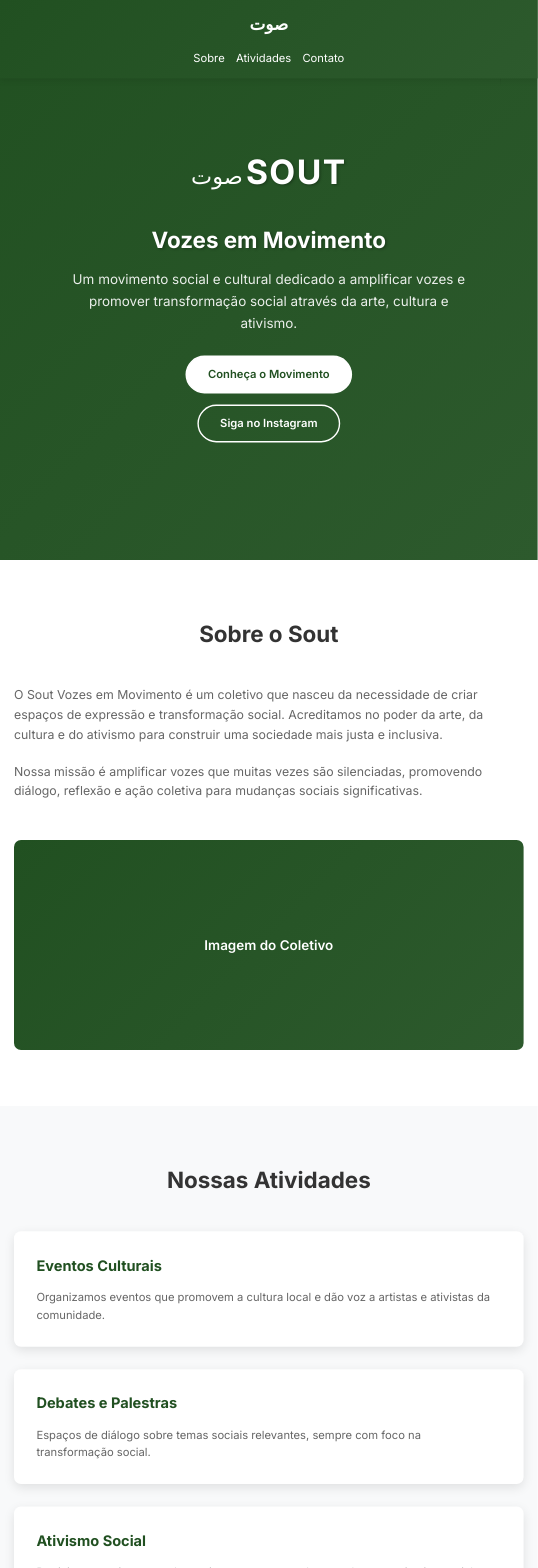
Repository: farukzahra/sout
Page: index.html
These files come from the project's save history. The page is drawn as it stood at one moment and after a run of saves; the edit follows.
The browser window is 768 px wide. The pictures show the part of the page from y = 0 to 2240 px (the page is 3346 px tall), at 70% of full size.

Above is the page before, as saved 2025-10-02 13:00:39.

### index.html
<!DOCTYPE html>
<html lang="pt-BR">
<head>
    <meta charset="UTF-8">
    <meta name="viewport" content="width=device-width, initial-scale=1.0">
    <title>Sout Vozes em Movimento</title>
    <meta name="description" content="Sout Vozes em Movimento - Movimento social e cultural">
    <link rel="stylesheet" href="style.css">
    <link href="https://fonts.googleapis.com/css2?family=Inter:wght@300;400;600;700&display=swap" rel="stylesheet">
</head>
<body>
    <header class="header">
        <nav class="nav">
            <div class="nav-brand">
                <h1>صوت</h1>
            </div>
            <ul class="nav-menu">
                <li><a href="#sobre">Sobre</a></li>
                <li><a href="#atividades">Atividades</a></li>
                <li><a href="#contato">Contato</a></li>
            </ul>
        </nav>
    </header>

    <main>
        <section class="hero">
            <div class="hero-content">
                <div class="hero-logo">
                    <div class="logo-combined">
                        <span class="logo-text">صوت</span>
                        <span class="logo-main">SOUT</span>
                    </div>
                </div>
                <h2>Vozes em Movimento</h2>
                <p>Um movimento social e cultural dedicado a amplificar vozes e promover transformação social através da arte, cultura e ativismo.</p>
                <div class="hero-buttons">
                    <a href="#sobre" class="btn btn-primary">Conheça o Movimento</a>
                    <a href="https://www.instagram.com/sout_vozesemmovimento/" target="_blank" class="btn btn-secondary">Siga no Instagram</a>
                </div>
            </div>
        </section>

        <section id="sobre" class="section">
            <div class="container">
                <h2>Sobre o Sout</h2>
                <div class="about-content">
                    <div class="about-text">
                        <p>O Sout Vozes em Movimento é um coletivo que nasceu da necessidade de criar espaços de expressão e transformação social. Acreditamos no poder da arte, da cultura e do ativismo para construir uma sociedade mais justa e inclusiva.</p>
                        <p>Nossa missão é amplificar vozes que muitas vezes são silenciadas, promovendo diálogo, reflexão e ação coletiva para mudanças sociais significativas.</p>
                    </div>
                    <div class="about-image">
                        <div class="placeholder-image">
                            <span>Imagem do Coletivo</span>
                        </div>
                    </div>
                </div>
            </div>
        </section>

        <section id="atividades" class="section section-alt">
            <div class="container">
                <h2>Nossas Atividades</h2>
                <div class="activities-grid">
                    <div class="activity-card">
                        <h3>Eventos Culturais</h3>
                        <p>Organizamos eventos que promovem a cultura local e dão voz a artistas e ativistas da comunidade.</p>
                    </div>
                    <div class="activity-card">
                        <h3>Debates e Palestras</h3>
                        <p>Espaços de diálogo sobre temas sociais relevantes, sempre com foco na transformação social.</p>
                    </div>
                    <div class="activity-card">
                        <h3>Ativismo Social</h3>
                        <p>Participamos ativamente de movimentos e campanhas que lutam por justiça social e direitos humanos.</p>
                    </div>
                </div>
            </div>
        </section>

        <section id="contato" class="section">
            <div class="container">
                <h2>Entre em Contato</h2>
                <div class="contact-content">
                    <div class="contact-info">
                        <h3>Conecte-se Conosco</h3>
                        <p>Siga nossas redes sociais para acompanhar nossas atividades e participar do movimento.</p>
                        <div class="social-links">
                            <a href="https://www.instagram.com/sout_vozesemmovimento/" target="_blank" class="social-link">
                                <span>📷</span> Instagram
                            </a>
                        </div>
                    </div>
                    <div class="contact-form">
                        <h3>Envie uma Mensagem</h3>
                        <form>
                            <input type="text" placeholder="Seu nome" required>
                            <input type="email" placeholder="Seu email" required>
                            <textarea placeholder="Sua mensagem" rows="5" required></textarea>
                            <button type="submit" class="btn btn-primary">Enviar Mensagem</button>
                        </form>
                    </div>
                </div>
            </div>
        </section>
    </main>

    <footer class="footer">
        <div class="container">
            <p>&copy; 2024 Sout Vozes em Movimento. Todos os direitos reservados.</p>
            <p>Feito com ❤️ para transformar o mundo</p>
        </div>
    </footer>

    <script>
        // Smooth scrolling para links internos
        document.querySelectorAll('a[href^="#"]').forEach(anchor => {
            anchor.addEventListener('click', function (e) {
                e.preventDefault();
                const target = document.querySelector(this.getAttribute('href'));
                if (target) {
                    target.scrollIntoView({
                        behavior: 'smooth',
                        block: 'start'
                    });
                }
            });
        });

        // Formulário de contato (funcionalidade básica)
        document.querySelector('form').addEventListener('submit', function(e) {
            e.preventDefault();
            alert('Obrigado pela sua mensagem! Entraremos em contato em breve.');
            this.reset();
        });
    </script>
</body>
</html>

### style.css
/* Reset e configurações básicas */
* {
    margin: 0;
    padding: 0;
    box-sizing: border-box;
}

body {
    font-family: 'Inter', sans-serif;
    line-height: 1.6;
    color: #333;
    background-color: #fff;
}

.container {
    max-width: 1200px;
    margin: 0 auto;
    padding: 0 20px;
}

/* Header */
.header {
    background: linear-gradient(135deg, #215021 0%, #2d5a2d 100%);
    color: white;
    padding: 1rem 0;
    position: fixed;
    top: 0;
    width: 100%;
    z-index: 1000;
    box-shadow: 0 2px 10px rgba(0,0,0,0.1);
}

.nav {
    display: flex;
    justify-content: space-between;
    align-items: center;
    max-width: 1200px;
    margin: 0 auto;
    padding: 0 20px;
}

.nav-brand h1 {
    font-size: 1.5rem;
    font-weight: 700;
    direction: rtl;
}

.hero-logo {
    margin-bottom: 2rem;
}

.hero-logo .logo-text {
    font-size: 2rem;
    margin-bottom: 0.5rem;
    direction: rtl;
}

.hero-logo .logo-main {
    font-size: 4rem;
    font-weight: 700;
    letter-spacing: 2px;
    margin-bottom: 0.3rem;
    text-shadow: 2px 2px 4px rgba(0,0,0,0.3);
}

.hero-logo .logo-subtitle {
    font-size: 1.2rem;
    opacity: 0.9;
}

.nav-menu {
    display: flex;
    list-style: none;
    gap: 2rem;
}

.nav-menu a {
    color: white;
    text-decoration: none;
    font-weight: 500;
    transition: opacity 0.3s ease;
}

.nav-menu a:hover {
    opacity: 0.8;
}

/* Hero Section */
.hero {
    background: linear-gradient(135deg, #215021 0%, #2d5a2d 100%);
    color: white;
    padding: 120px 0 80px;
    text-align: center;
    min-height: 100vh;
    display: flex;
    align-items: center;
    justify-content: center;
}


.hero-content h2 {
    font-size: 3rem;
    font-weight: 700;
    margin-bottom: 1rem;
    text-shadow: 2px 2px 4px rgba(0,0,0,0.3);
}

.hero-content {
    max-width: 800px;
    margin: 0 auto;
    padding: 0 20px;
}

.hero-content p {
    font-size: 1.2rem;
    margin-bottom: 2rem;
    max-width: 600px;
    margin-left: auto;
    margin-right: auto;
    opacity: 0.9;
}

.hero-buttons {
    display: flex;
    gap: 1rem;
    justify-content: center;
    flex-wrap: wrap;
}

/* Botões */
.btn {
    display: inline-block;
    padding: 12px 30px;
    text-decoration: none;
    border-radius: 50px;
    font-weight: 600;
    transition: all 0.3s ease;
    border: 2px solid transparent;
}

.btn-primary {
    background: white;
    color: #215021;
    border-color: white;
}

.btn-primary:hover {
    background: transparent;
    color: white;
    border-color: white;
}

.btn-secondary {
    background: transparent;
    color: white;
    border-color: white;
}

.btn-secondary:hover {
    background: white;
    color: #215021;
}

/* Seções */
.section {
    padding: 80px 0;
}

.section-alt {
    background-color: #f8f9fa;
}

.section h2 {
    text-align: center;
    font-size: 2.5rem;
    margin-bottom: 3rem;
    color: #333;
}

/* Sobre */
.about-content {
    display: grid;
    grid-template-columns: 2fr 1fr;
    gap: 3rem;
    align-items: center;
}

.about-text p {
    font-size: 1.1rem;
    margin-bottom: 1.5rem;
    color: #666;
}

.placeholder-image {
    background: linear-gradient(135deg, #215021 0%, #2d5a2d 100%);
    height: 300px;
    border-radius: 10px;
    display: flex;
    align-items: center;
    justify-content: center;
    color: white;
    font-size: 1.2rem;
    font-weight: 600;
}

/* Atividades */
.activities-grid {
    display: grid;
    grid-template-columns: repeat(auto-fit, minmax(300px, 1fr));
    gap: 2rem;
}

.activity-card {
    background: white;
    padding: 2rem;
    border-radius: 10px;
    box-shadow: 0 5px 15px rgba(0,0,0,0.1);
    transition: transform 0.3s ease, box-shadow 0.3s ease;
}

.activity-card:hover {
    transform: translateY(-5px);
    box-shadow: 0 10px 25px rgba(0,0,0,0.15);
}

.activity-card h3 {
    color: #215021;
    margin-bottom: 1rem;
    font-size: 1.3rem;
}

.activity-card p {
    color: #666;
    line-height: 1.6;
}

/* Contato */
.contact-content {
    display: grid;
    grid-template-columns: 1fr 1fr;
    gap: 3rem;
}

.contact-info h3 {
    color: #215021;
    margin-bottom: 1rem;
    font-size: 1.5rem;
}

.contact-info p {
    color: #666;
    margin-bottom: 2rem;
}

.social-links {
    display: flex;
    gap: 1rem;
}

.social-link {
    display: flex;
    align-items: center;
    gap: 0.5rem;
    padding: 10px 20px;
    background: linear-gradient(135deg, #215021 0%, #2d5a2d 100%);
    color: white;
    text-decoration: none;
    border-radius: 25px;
    transition: transform 0.3s ease;
}

.social-link:hover {
    transform: translateY(-2px);
}

.contact-form h3 {
    color: #215021;
    margin-bottom: 1rem;
    font-size: 1.5rem;
}

.contact-form form {
    display: flex;
    flex-direction: column;
    gap: 1rem;
}

.contact-form input,
.contact-form textarea {
    padding: 12px;
    border: 2px solid #e1e5e9;
    border-radius: 5px;
    font-family: inherit;
    font-size: 1rem;
    transition: border-color 0.3s ease;
}

.contact-form input:focus,
.contact-form textarea:focus {
    outline: none;
    border-color: #215021;
}

.contact-form textarea {
    resize: vertical;
    min-height: 120px;
}

/* Footer */
.footer {
    background: #333;
    color: white;
    text-align: center;
    padding: 2rem 0;
}

.footer p {
    margin-bottom: 0.5rem;
}

/* Responsividade */
@media (max-width: 768px) {
    .nav {
        flex-direction: column;
        gap: 1rem;
    }

    .nav-menu {
        gap: 1rem;
    }

    .hero-logo .logo-main {
        font-size: 3rem;
    }

    .hero-content h2 {
        font-size: 2rem;
    }

    .hero-buttons {
        flex-direction: column;
        align-items: center;
    }

    .about-content,
    .contact-content {
        grid-template-columns: 1fr;
        gap: 2rem;
    }

    .activities-grid {
        grid-template-columns: 1fr;
    }

    .section h2 {
        font-size: 2rem;
    }
}

@media (max-width: 480px) {
    .hero {
        padding: 100px 0 60px;
    }

    .hero-logo .logo-main {
        font-size: 2.5rem;
    }

    .hero-content h2 {
        font-size: 1.8rem;
    }

    .hero-content p {
        font-size: 1rem;
    }

    .section {
        padding: 60px 0;
    }

    .container {
        padding: 0 15px;
    }
}

After the next 2 saves:
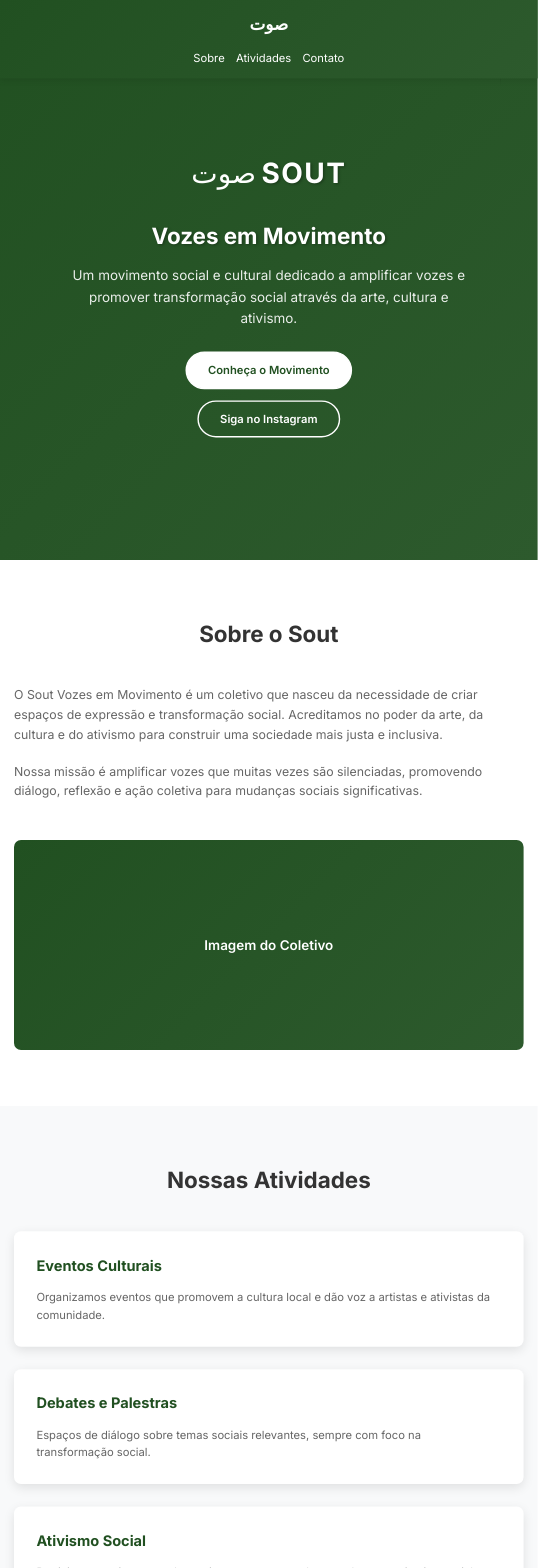
The 2 saves are shown as one change because they came seconds apart.
The last was saved 7 s later.
--- a/style.css
+++ b/style.css
@@ -49,17 +49,22 @@ body {
     margin-bottom: 2rem;
 }
 
+.logo-combined {
+    display: flex;
+    align-items: center;
+    justify-content: center;
+    gap: 1rem;
+}
+
 .hero-logo .logo-text {
-    font-size: 2rem;
-    margin-bottom: 0.5rem;
+    font-size: 3rem;
     direction: rtl;
 }
 
 .hero-logo .logo-main {
-    font-size: 4rem;
+    font-size: 3rem;
     font-weight: 700;
     letter-spacing: 2px;
-    margin-bottom: 0.3rem;
     text-shadow: 2px 2px 4px rgba(0,0,0,0.3);
 }
 
@@ -329,8 +334,13 @@ body {
         gap: 1rem;
     }
 
+    .logo-combined {
+        gap: 0.5rem;
+    }
+
+    .hero-logo .logo-text,
     .hero-logo .logo-main {
-        font-size: 3rem;
+        font-size: 2.5rem;
     }
 
     .hero-content h2 {
